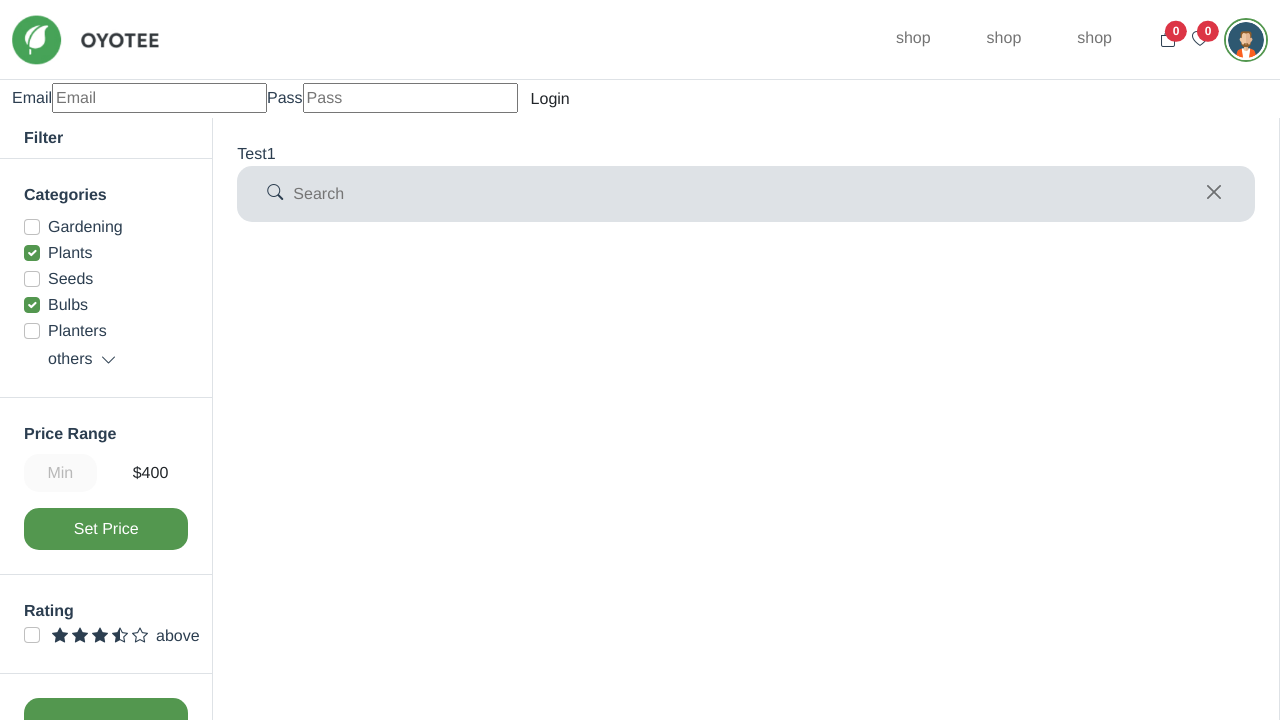
Repository: arpitaWebD/PlantShopping
Page: /
An editor plug-in stored every save of this project. The page is shown before and after the next save, followed by the edit.
The browser window is 1280 px wide. The pictures show the whole page.
Some web libraries are served in a nearby version. The project was rebuilt for these pictures with package versions that can differ from the ones it lists, and the page was loaded fresh each time. Also part of the build but not shown: src/components/Product.vue, src/components/ProductPreview.vue, src/views/AddToCart.vue, src/views/WishList.vue.

Above is the page before, as saved 2022-01-24 12:36:32.

### index.html
<!DOCTYPE html>
<html lang="en">
<head>
  <meta charset="UTF-8">
  <link rel="icon" href="/favicon.ico" />
  <meta name="viewport" content="width=device-width, initial-scale=1.0">
  <!-- bootstrap -->
  <link href="https://cdn.jsdelivr.net/npm/bootstrap@5.1.3/dist/css/bootstrap.min.css" rel="stylesheet"
    integrity="sha384-1BmE4kWBq78iYhFldvKuhfTAU6auU8tT94WrHftjDbrCEXSU1oBoqyl2QvZ6jIW3" crossorigin="anonymous" />
  <!--icons -->
  <link rel="stylesheet" href="https://cdn.jsdelivr.net/npm/bootstrap-icons@1.7.1/font/bootstrap-icons.css" />
  <link rel="stylesheet" href="./src/index.css">
  <title>Vite App</title>
</head>
<body>
  <div id="app"></div>
  <script src="https://cdn.jsdelivr.net/npm/bootstrap@5.0.2/dist/js/bootstrap.bundle.min.js"
    integrity="sha384-MrcW6ZMFYlzcLA8Nl+NtUVF0sA7MsXsP1UyJoMp4YLEuNSfAP+JcXn/tWtIaxVXM" crossorigin="anonymous"></script>
  <script type="module" src="/src/main.js"></script>
</body>
</html>

### src/index.css
#app {
  font-family: Avenir, Helvetica, Arial, sans-serif;
  -webkit-font-smoothing: antialiased;
  -moz-osx-font-smoothing: grayscale;
  color: #2c3e50;
  height: 100vh;
}

body {
  margin: 0;
  height: 100vh;
}

/* color code */
:root {
  --green: #175b19;
  --secondary-color: #ffc327;
  --light-gray: #f6f6f6;
  --dark-gray: #485853;
  --primary-color: #53974f;
  --dark-green: #08220e;
  --light-green: #abb3a3;
  --brown: #957f65;
}

a {
  text-decoration: none;
  color: #2c3e50;
}

.primary-btn {
  width: 100%;
  border-radius: 15px;
  color: #fff;
  background: #53974f;
  line-height: 1;
  height: 42px;
  text-transform: capitalize;
  display: flex;
  justify-content: center;
  align-items: center;
}

.primary-btn:hover {
  color: #fff;
}

.primary-btn.yellow-btn {
  background: #ffc327;
  color: var(--dark-gray);
}

.secondary-btn {
  width: 100%;
  border-radius: 15px;
  border: 1px solid #ababab;
  line-height: 1;
  height: 42px;
  text-transform: capitalize;
  display: flex;
  justify-content: center;
  align-items: center;
  cursor: pointer;
  font-weight: 500;
}

.secondary-btn:hover,
.secondary-btn.active {
  color: #fff;
  background: #53974f;
}

.secondary-btn:hover a,
.secondary-btn.active a {
  color: #fff;
}

.btn-check:focus+.btn,
.btn:focus {
  box-shadow: none;
}

.form-check-input:checked {
  background-color: #53974f;
  border-color: #53974f;
}

.form-check-input:checked+.form-check-label {
  font-weight: 500;
}

input:focus {
  outline: 0;
}

/* header */
.header {
  height: 80px;
}

.header .logo {
  height: 50px;
}

.n-links li {
  color: #ababab;
  height: 100%;
  display: flex;
  align-items: center;
  margin-right: 40px;
  cursor: pointer;
  border-bottom: 3px solid transparent;
}

.n-links li.active {
  color: #000;
  border-bottom: 3px solid #53974f;
}

.cart-icon {
  position: relative;
  cursor: pointer;
}

.cart-icon .cart-badge {
  position: absolute;
  background: #dc3545;
  color: #fff;
  border-radius: 100%;
  height: 17px;
  width: 17px;
  font-size: 10px;
  display: flex;
  align-items: center;
  justify-content: center;
  right: -5px;
  bottom: 0;
  border: 2px solid #fff;
}

.avatar-icon {
  border: 2px solid #53974f;
  border-radius: 100%;
}

.avatar-icon img {
  border: 2px solid #fff;
  border-radius: 100%;
}

/* left sidebar */
.left-sidebar .left-sidebar-header {
  text-transform: capitalize;
  font-weight: 600;
  text-align: left;
  display: block;
}

.disable-btn {
  background: #fafafa;
  border-radius: 15px;
  display: flex;
  justify-content: center;
  align-items: center;
  text-transform: capitalize;
  color: #b8b8b8;
}

.discount-card {
  background-color: #53974f;
  border-radius: 15px;
  padding: 20px;
  color: #fff;
}

.discount-card .title {
  font-weight: 500;
  text-transform: uppercase;
}

.sub-title {
  font-size: 14px;
}

/* main */
.search-icon {
  border-radius: 15px;
  background: #dee2e6;
  padding: 15px 30px;
}

.search-icon-round {
  border-radius: 15px 15px 0 0;
}

.search-icon input {
  background-color: transparent;
}

.product-card {
  border: 1px solid #ababab;
  border-radius: 20px;
  position: relative;
  background-color: #fff;
  cursor: pointer;
}

.product-card img {
  height: 290px;
  width: 100%;
  object-fit: contain;
}

.add-product img {
  height: 90px;
}

.product-card .img-section {
  position: relative;
}

.product-card .img-section .like-icon {
  position: absolute;
  right: 0;
  top: 0;
}

.like-icon {
  cursor: pointer
}

.product-card .price-name {
  color: #bfb8b8;
  font-size: 14px;
}

/* right0sidebar */
.right-sidebar {
  position: relative;
  height: 100%;
}

.rs-footer {
  position: absolute;
  bottom: 0;
  width: calc(100% - 3rem);
  background: #fff;
}

.right-sidebar .main-title {
  font-size: 22px;
  font-weight: 500;
  text-transform: capitalize;
  white-space: nowrap;
  overflow: hidden;
  text-overflow: ellipsis;
}
.right-sidebar .img-section {
  height: 200px;
}
.right-sidebar .main-subtitle {
  font-size: 14px;
  color: #ababb8;
  line-height: 16px;
  white-space: nowrap;
  overflow: hidden;
  text-overflow: ellipsis;
}

.tab {
  text-transform: capitalize;
  text-align: center;
  border-bottom: 3px solid transparent;
  cursor: pointer;
  padding-bottom: 10px;
}

.tab-active {
  border-bottom: 3px solid #53974f;
}

.rs-img-section {
  position: relative;
}

.rs-close {
  right: 0;
  top: 10px;
  background: #fafafa;
  height: 30px;
  width: 30px;
  border-radius: 7px;
  display: flex;
  justify-content: center;
  align-items: center;
  position: absolute;
  cursor: pointer;
}

.rs-slider .rs-slider-img {
  height: 50px;
  width: 50px;
  display: flex;
  align-items: center;
  justify-content: center;
  justify-content: space-between;
  border-radius: 10px;
}

.rs-slider-img img {
  object-fit: cover;
  height: 100%;
  width: 100%;
  border-radius: 10px;
}

.hidden {
  display: none;
}

.modal-new {
  left: 50%;
  top: 50%;
  z-index: 2;
  background: #fff;
  transform: translate(-50%, -50%);
  padding: 30px;
  border-radius: 30px;
  position: absolute;
}

.overlay {
  width: 100vw;
  height: 100vh;
  background: #0a0a0a9c;
  z-index: 1;
  position: absolute;
  inset: 0;
}

.close-modal {
  border: none;
  background: transparent;
  position: absolute;
  right: 10px;
  font-size: 50px;
  top: -10px;
}

.search-menu {
  position: relative;
}

.search-dropdown {
  position: absolute;
  background: #fff;
  width: 100%;
  z-index: 1;
}

.search-dropdown ul li {
  padding: 10px;
  cursor: pointer;
}

.search-dropdown ul li:hover {
  background: #e1e1e1;
}

.search-dropdown ul li:not(:last-child) {
  border-bottom: 1px solid #dee2e6;
}

.search-dropdown ul li:last-child {
  border-radius: 0 0 15px 15px;
}

.search-dropdown ul {
  box-shadow: 0 4px 5px #0000006b;
  border-radius: 0 0 15px 15px;
}

.product-detail {
  height: calc(100% - 100px);
  overflow: auto;
}

.addCart-card {
  height: calc(100% - 80px);
  overflow: hidden;
}

.fav-icon {
  color: #dc3545;
}

@media screen and (max-width: 767px) {
  .product-card img {
    height: 290px;
    width: 100%;
    max-height: 200px;
    max-width: 100%;
    object-fit: contain;
  }

  img.logo {
    height: 48px;
  }

  .navbar-collapse {
    position: absolute;
    top: 80px;
    left: 0px;
    width: 100%;
    background: rgb(248, 249, 250);
    z-index: 1;
    box-shadow: rgba(50, 50, 93, 0.25) 0px 6px 12px -2px, rgba(0, 0, 0, 0.3) 0px 3px 7px -3px;
  }

  .addCart-card img {
    width: 100%;
  }
}

### src/App.vue
<template>
  <Navbar />
  <router-view />
</template>

<script>
import Navbar from "./components/Navbar.vue";
export default {
  components: {
    Navbar,
  },
};
</script>

### src/router.js

import { createRouter, createWebHistory } from "vue-router";
import Home from "./views/Home.vue";
import AddCart from "./views/AddToCart.vue";
import WishList from "./views/WishList.vue";
import Login from "./components/login.vue";

const routes = [
    {
        path: "/",
        name: "Home",
        component: Home
    },
    {
        path: "/AddCart",
        name: "AddCart",
        component: AddCart
    },
    {
        path: "/WishList",
        name: "WishList",
        component: WishList
    },
    {
        path: "/login",
        name: "login",
        component: Login
    },
]
const router = createRouter({

    history: createWebHistory(),
    routes
});
export default router

### src/components/Navbar.vue
<template>
  <nav class="navbar navbar-expand-md navbar-light border-bottom header">
    <div class="container-fluid">
      <a class="navbar-brand" href="#">
        <router-link :to="{ name: 'Home' }">
          <img src="../assets/logo.png" alt="logo" class="logo" />
        </router-link>
      </a>
      <button
        class="navbar-toggler"
        type="button"
        data-bs-toggle="collapse"
        data-bs-target="#navbarNavAltMarkup"
      >
        <span class="navbar-toggler-icon"></span>
      </button>
      <div
        class="collapse navbar-collapse justify-content-md-end justify-content-center"
        id="navbarNavAltMarkup"
      >
        <div class="navbar-nav">
          <ul
            class="d-flex flex-column flex-md-row list-unstyled mb-0 h-100 align-items-center n-links"
          >
            <li class="nav-link">shop</li>
            <li class="nav-link">shop</li>
            <li class="nav-link">shop</li>
          </ul>
        </div>
        <div class="d-flex justify-content-center align-items-center">
          <div class="dropdown">
            <router-link :to="{ name: 'AddCart' }">
              <div class="me-3 cart-icon">
                <i class="bi bi-bag fa-2x"></i>
                <span
                  class="position-absolute bottom-0 start-100 translate-middle badge rounded-pill bg-danger"
                  >{{ cart.length }}</span
                >
              </div>
            </router-link>
          </div>
          <div class="me-3">
            <router-link :to="{ name: 'WishList' }">
              <div class="cart-icon">
                <i class="bi bi-heart fa-2x"></i>
                <span
                  class="position-absolute bottom-0 start-100 translate-middle badge rounded-pill bg-danger"
                  >{{ wishList.length }}</span
                >
              </div>
            </router-link>
          </div>
          <div class="avatar-icon">
            <img src="../assets/avatar.png" alt="avatar" width="40" />
          </div>
        </div>
      </div>
    </div>
  </nav>
</template>

<script>
import { mapState, mapMutations } from "vuex";
export default {
  computed: {
    ...mapState(["products", "cart", "wishList"]),
  },
};
</script>

### src/views/Home.vue
<template>
  <div class="addCart-card row p-0 m-0 flex-grow-1 main">
    <Login />
    <LeftSidebar />
    <ProductView />
  </div>
</template>

<script>
import ProductView from "../views/ProductView.vue";
import LeftSidebar from "../views/LeftSidebar.vue";
import Login from "../components/login.vue";
export default {
  name: "Home",
  components: {
    ProductView,
    LeftSidebar,
    Login,
  },
};
</script>

### src/components/login.vue
<template>
  <form>
    <label>Email</label>
    <input type="text" placeholder="Email" v-model="form.email" />
    <label>Pass</label>
    <input type="password" placeholder="Pass" v-model="form.pass" />
    <button type="button" class="btn">Login</button>
  </form>
</template>

<script>
export default {
  data() {
    return {
      form: {
        email: "",
        pass: "",
      },
    };
  },
};
</script>

<style>
</style>

### src/views/ProductView.vue
<template>
  <div class="col-lg-9 col-xl-10 col-md-8 p-0 h-100">
    <div class="row m-0 h-100">
      <div
        class="border-end p-4 h-100 overflow-auto"
        :class="[showPreview ? 'col-md-7 col-lg-8' : 'col-lg-12 col-md-12']"
      >
        <Search />
        <div class="row g-3 m-0">
          <div
            class="col-sm-12 "
            :class="[showPreview ? 'col-md-12 col-xl-6 col-xxl-4' : 'col-md-6 col-lg-4']"
            v-for="(product, index) in filterdState"
            :key="index"
          >
            <Product :products="product" />
          </div>
        </div>
      </div>
      <div class="col-md-5 col-lg-4 p-0" v-show="showPreview">
        <ProductPreview
          v-for="productPreview in productPreviews"
          :key="productPreview.id"
          :productPreviews="productPreview"
        />
      </div>
    </div>
  </div>
</template>

<script>
import Product from "../components/Product.vue";
import ProductPreview from "../components/ProductPreview.vue";
import Search from "../components/Search.vue";
import { mapMutations, mapState,mapGetters } from "vuex";
export default {
  components: {
    Product,
    ProductPreview,
    Search
  },
  computed: {
    ...mapState(["products", "search","showPreview", "productPreviews","filterdState"]),
    ...mapGetters(["getProduct"]),
  },
  methods: {
    ...mapMutations(["productPreview"]),
  },
};
</script>

### src/views/LeftSidebar.vue
<template>
  <div class="col-md-4 col-lg-3 col-xl-2 p-0 border-end left-sidebar h-100">
    <div class="border-bottom px-4 py-2">
      <span class="left-sidebar-header">filter</span>
    </div>
    <div class="border-bottom p-4">
      <span class="left-sidebar-header">categories</span>
      <div class="mt-2">
        <div>
          <div class="form-check">
            <input
              class="form-check-input"
              type="checkbox"
              value=""
              id="flexCheckDefault"
            />
            <label class="form-check-label" for="flexCheckDefault">
              Gardening
            </label>
          </div>
          <div class="form-check">
            <input
              class="form-check-input"
              type="checkbox"
              value=""
              id="flexCheckChecked"
              checked
            />
            <label class="form-check-label" for="flexCheckChecked">
              Plants
            </label>
          </div>
          <div class="form-check">
            <input
              class="form-check-input"
              type="checkbox"
              value=""
              id="flexCheckDefault1"
            />
            <label class="form-check-label" for="flexCheckDefault1">
              Seeds
            </label>
          </div>
          <div class="form-check">
            <input
              class="form-check-input"
              type="checkbox"
              value=""
              id="flexCheckChecked2"
              checked
            />
            <label class="form-check-label" for="flexCheckChecked2">
              Bulbs
            </label>
          </div>

          <div class="form-check">
            <input
              class="form-check-input"
              type="checkbox"
              value=""
              id="flexCheckDefault3"
            />
            <label class="form-check-label" for="flexCheckDefault3">
              Planters
            </label>
          </div>
        </div>
        <div class="d-flex align-items-center ms-4">
          <span>others</span>
          <span class="d-flex mt-1 ms-2"
            ><i class="bi bi-chevron-down"></i
          ></span>
        </div>
      </div>
    </div>
    <div class="border-bottom p-4">
      <span class="left-sidebar-header">Price range</span>
      <div class="mt-2 d-flex mb-3">
        <div class="w-50 me-3 disable-btn">min</div>
        <div class="w-50 btn secoudary-btn">$400</div>
      </div>
      <div>
        <button class="btn primary-btn" type="button">set price</button>
      </div>
    </div>
    <div class="border-bottom p-4">
      <span class="left-sidebar-header">Rating</span>
      <div class="d-flex align-items-center">
        <div class="form-check">
          <input
            class="form-check-input"
            type="checkbox"
            value=""
            id="flexCheckDefault"
          />
        </div>
        <div class="d-flex">
          <span class="ms-1"><i class="bi bi-star-fill"></i></span>
          <span class="ms-1"><i class="bi bi-star-fill"></i></span>
          <span class="ms-1"><i class="bi bi-star-fill"></i></span>
          <span class="ms-1"><i class="bi bi-star-half"></i></span>
          <span class="ms-1"><i class="bi bi-star"></i></span>
        </div>
        <div class="ms-2">above</div>
      </div>
    </div>
    <div class="p-4">
      <div class="discount-card d-flex flex-column">
        <span class="title">Get 30% off</span>
        <span class="sub-title my-2">
          Share your reffral code and get discount!
        </span>
        <button class="btn primary-btn yellow-btn" type="button">share</button>
      </div>
    </div>
  </div>
</template>

<script>
export default {};
</script>

<style></style>

### src/components/Search.vue
<template>
  <div class="text">Test1</div>
  {{ color }}
  <!-- This works -->
  <div class="search-menu mb-2">
    <div class="d-flex search-icon" :class="{ 'search-icon-round': modal }">
      <span class="me-2"><i class="bi bi-search"></i></span>
      <input
        type="text"
        placeholder="Search"
        v-model="search"
        class="flex-grow-1 border-0"
        @input="getProduct"
        @focus="modal = true"
      />
      <button
        type="button"
        class="btn-close btn-sm btn"
        aria-label="Close"
        @click="close()"
      ></button>
    </div>
    <!--        <div v-if="filterdState && modal" class="search-dropdown">-->
    <!--            <ul v-if="filterdState.length" class="list-unstyled mb-0">-->
    <!--                <li-->
    <!--                        v-for="filterdState in filterdState"-->
    <!--                        :key="filterdState.id"-->
    <!--                        @click="setState(filterdState)"-->
    <!--                >-->
    <!--                    <div class="row">-->
    <!--                        <div class="col-2 d-flex justify-content-center align-items-center">-->
    <!--                            <img :src="filterdState.url" height="80" class="rounded-3" />-->
    <!--                        </div>-->
    <!--                        <div class="d-flex flex-column col-10">-->
    <!--                            <span class="fw-bold">{{ filterdState.name }}</span>-->
    <!--                            <span> {{ filterdState.shortdesc }}</span>-->
    <!--                            <span class="fw-bold">₹ {{ filterdState.price }}</span>-->
    <!--                        </div>-->
    <!--                    </div>-->
    <!--                </li>-->
    <!--            </ul>-->
    <!--            <ul v-else class="list-unstyled mb-0">-->
    <!--                <li class="text-center fw-bold">No results...</li>-->
    <!--            </ul>-->
    <!--        </div>-->
  </div>
</template>

<script>
import { mapGetters, mapState, mapMutations } from "vuex";
export default {
  data() {
    return {
      search: "",
    };
  },
  computed: {
    ...mapState([
      "products",
      "search",
      "showPreview",
      "productPreviews",
      "filterdState",
    ]),
  },
  methods: {
    filterProduct: function () {
      return this.products.filter((product) => {
        var productName = product.name.toLowerCase();
        var searchName = this.search.toLowerCase();
        return productName.includes(searchName);
      });
    },
  },
};
</script>

Loaded but not shown: src/main.js (214 lines, source omitted)

After the next save:
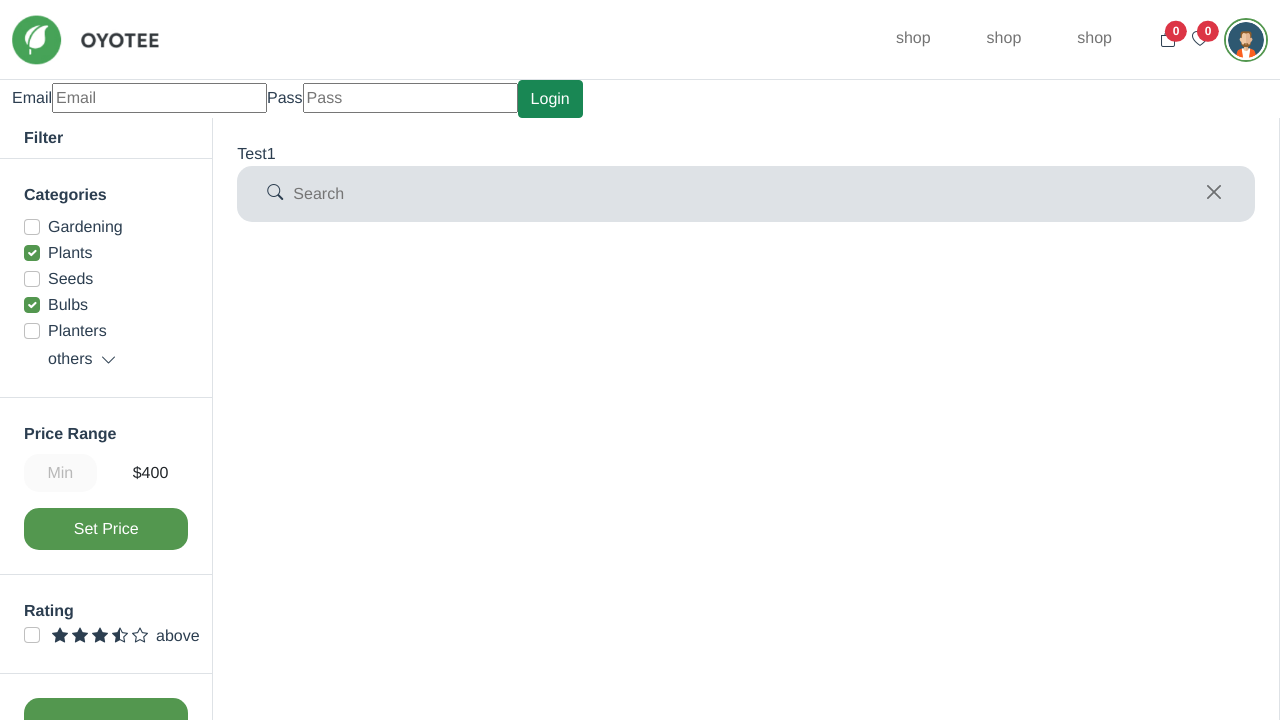
Saved 22 s later.
--- a/src/components/login.vue
+++ b/src/components/login.vue
@@ -4,7 +4,7 @@
     <input type="text" placeholder="Email" v-model="form.email" />
     <label>Pass</label>
     <input type="password" placeholder="Pass" v-model="form.pass" />
-    <button type="button" class="btn">Login</button>
+    <button type="button" class="btn btn-success">Login</button>
   </form>
 </template>
 
